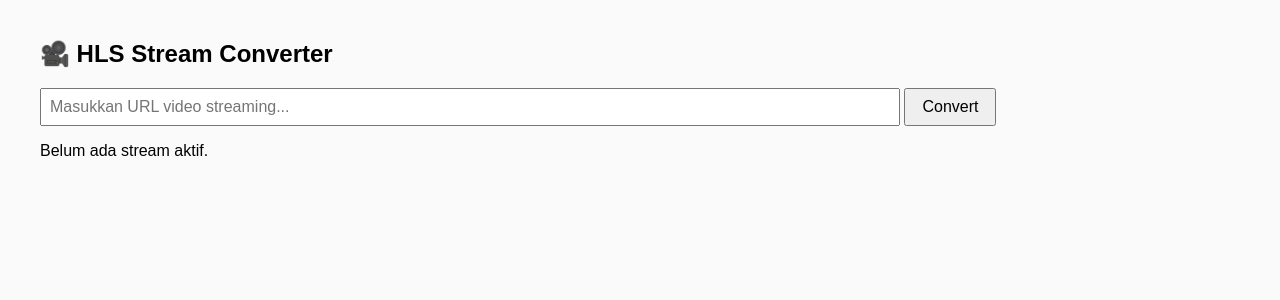
Repository: abdulharisasari/hlsconverter
Page: http://localhost/
An editor plug-in stored every save of this project. The page is shown before and after the next save, followed by the edit.
The browser window is 1280 px wide. The pictures show the whole page.
The page is served by the project's application, run on Flask 3 (app.py).

Above is the page before, as saved 2025-11-05 14:38:17.

After the next save:
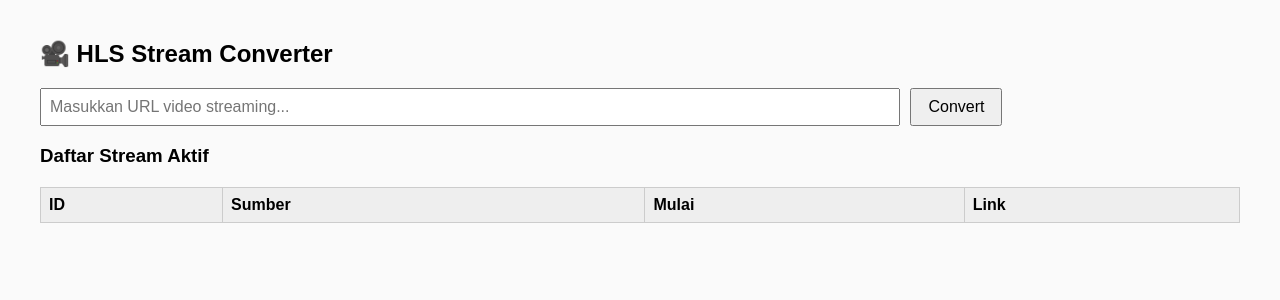
Saved 102 s later.
--- a/templates/index.html
+++ b/templates/index.html
@@ -2,7 +2,7 @@
 <html>
 <head>
   <meta charset="utf-8">
-  <title>HLS Stream Converter</title>
+  <title>🎥 HLS Stream Converter</title>
   <script>
     async function convert() {
       const src = document.getElementById("source").value.trim();
@@ -13,17 +13,38 @@
         body: JSON.stringify({ source: src })
       });
       const data = await res.json();
-      if (data.player_url) location.reload();
-      else alert("Gagal convert: " + (data.error || "Unknown error"));
+      if (data.player_url) {
+        // tambahkan langsung ke tabel tanpa reload
+        addStreamRow(data.id, src, data.player_url);
+      } else {
+        alert("Gagal convert: " + (data.error || "Unknown error"));
+      }
+    }
+
+    function addStreamRow(id, src, playerUrl) {
+      const table = document.getElementById("streamTable");
+      const row = document.createElement("tr");
+      row.innerHTML = `
+        <td>${id}</td>
+        <td style="word-break:break-all;">${src}</td>
+        <td>${new Date().toLocaleString()}</td>
+        <td><a href="${playerUrl}" target="_blank" class="btn">▶️ Tonton</a></td>
+      `;
+      table.appendChild(row);
     }
   </script>
   <style>
     body { font-family: Arial; margin:40px; background:#fafafa; }
     input { width:70%; padding:8px; font-size:16px; }
-    button { padding:8px 16px; font-size:16px; }
+    button { padding:8px 16px; font-size:16px; margin-left:6px; }
     table { width:100%; border-collapse:collapse; margin-top:20px; }
     th, td { border:1px solid #ccc; padding:8px; text-align:left; }
     th { background:#eee; }
+    a.btn {
+      background:#007bff; color:#fff; padding:6px 12px; text-decoration:none;
+      border-radius:5px; font-weight:bold; transition:0.2s;
+    }
+    a.btn:hover { background:#0056b3; }
   </style>
 </head>
 <body>
@@ -32,21 +53,21 @@
   <input id="source" placeholder="Masukkan URL video streaming...">
   <button onclick="convert()">Convert</button>
 
-  {% if streams %}
   <h3>Daftar Stream Aktif</h3>
   <table>
-    <tr><th>ID</th><th>Sumber</th><th>Mulai</th><th>Link</th></tr>
-    {% for s in streams %}
-    <tr>
-      <td>{{ s.id }}</td>
-      <td>{{ s.source }}</td>
-      <td>{{ s.started }}</td>
-      <td><a href="{{ s.url }}" target="_blank">Tonton</a></td>
-    </tr>
-    {% endfor %}
+    <thead>
+      <tr><th>ID</th><th>Sumber</th><th>Mulai</th><th>Link</th></tr>
+    </thead>
+    <tbody id="streamTable">
+      {% for s in streams %}
+      <tr>
+        <td>{{ s.id }}</td>
+        <td style="word-break:break-all;">{{ s.source }}</td>
+        <td>{{ s.started }}</td>
+        <td><a href="{{ s.url }}" target="_blank" class="btn">▶️ Tonton</a></td>
+      </tr>
+      {% endfor %}
+    </tbody>
   </table>
-  {% else %}
-  <p>Belum ada stream aktif.</p>
-  {% endif %}
 </body>
 </html>
